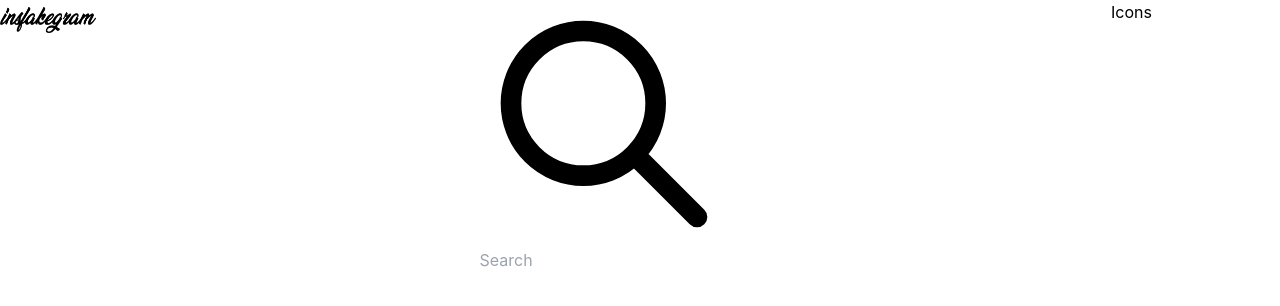
Repository: jasminetam/insfakegram
Page: /
These files come from the project's save history. The page is drawn as it stood at one moment and after the next save; the edit follows.
The browser window is 1280 px wide. The pictures show the whole page.
The project was rebuilt for these pictures with package versions that can differ from the ones it lists, and the page was loaded fresh each time. A package was used in the major version that the imports need, not the one package.json lists. The framework's server and built-in components were replaced by stand-ins that run in the browser. Also part of the build but not shown: next.config.js.

Above is the page before, as saved 2022-08-14 14:23:56.

After the next save:
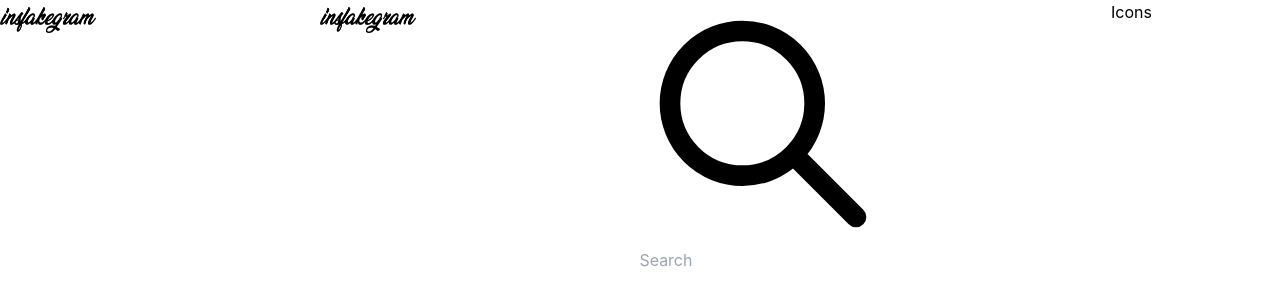
Saved 7 s later.
--- a/components/Header.tsx
+++ b/components/Header.tsx
@@ -8,6 +8,14 @@
     <div className="w-full">
       <div className="flex justify-between max-w-6xl ">
         {/*Left*/}
+        <div className="relative hidden lg:inline-grid w-24 h-10 cursor-pointer">
+          <Image
+            src="/images/logo.png"
+            layout="fill"
+            objectFit="contain"
+            alt="logo"
+          />
+        </div>
         <div className="relative hidden lg:inline-grid w-24 h-10 cursor-pointer">
           <Image
             src="/images/logo.png"

After the 2 saves that followed:
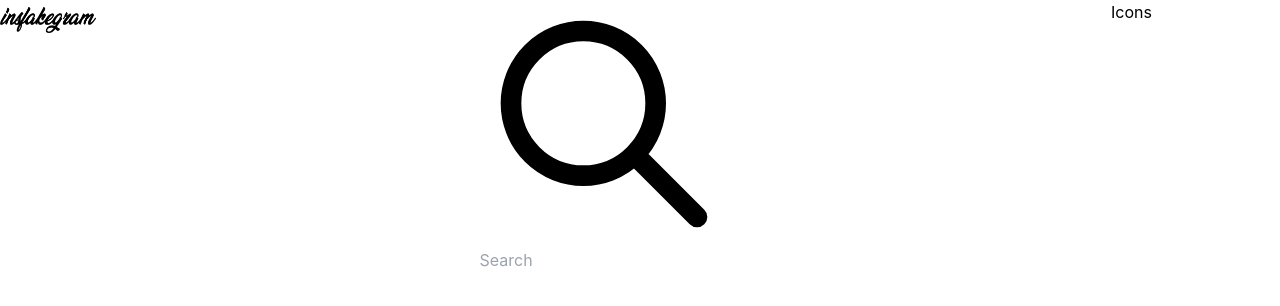
The 2 saves are shown as one change because they came seconds apart.
The last was saved 7 s later.
--- a/components/Header.tsx
+++ b/components/Header.tsx
@@ -16,7 +16,7 @@
             alt="logo"
           />
         </div>
-        <div className="relative hidden lg:inline-grid w-24 h-10 cursor-pointer">
+        <div className="relative lg:hidden inline-grid w-24 h-10 cursor-pointer">
           <Image
             src="/images/logo.png"
             layout="fill"
